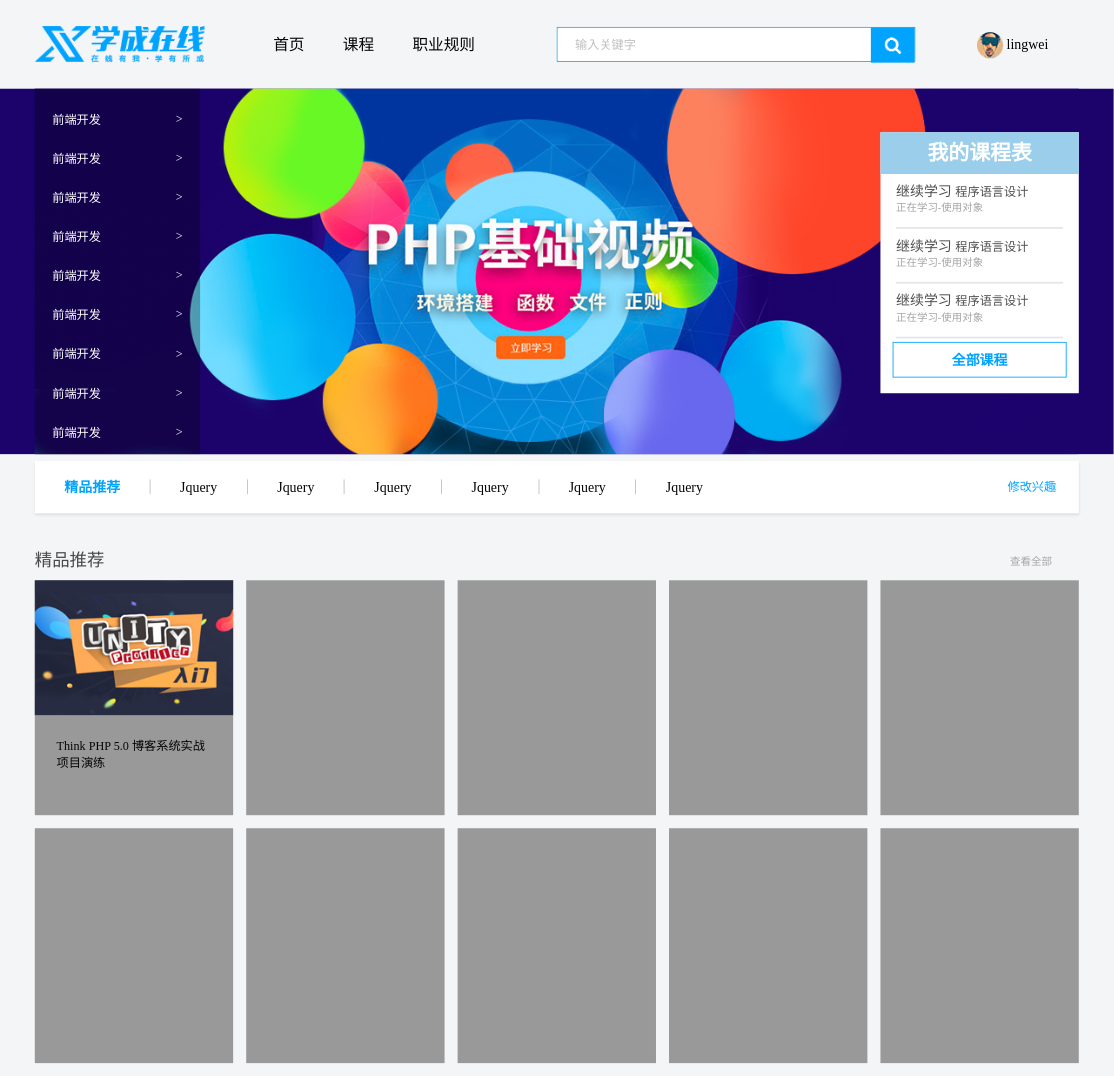
Repository: DengBiHua/xcdx
Page: index.html
These files come from the project's save history. The page is drawn as it stood at one moment and after the next save; the edit follows.
The browser window is 1280 px wide. The pictures show the whole page, at 87% of full size.

Above is the page before, as saved 2022-04-15 10:33:29.

### index.html
<!DOCTYPE html>
<html lang="en">
<head>
    <meta charset="UTF-8">
    <meta http-equiv="X-UA-Compatible" content="IE=edge">
    <meta name="viewport" content="width=device-width, initial-scale=1.0">
    <title>学成在线</title>
    <link rel="stylesheet" href="css/index.css">
</head>
<body>
    <!-- 头部 -->
    <div class="header wrapper">
        <h1>
            <a href="#">
                <img src="images/logo.png" alt="">
            </a>
        </h1>
        <!-- 导航 -->
        <div class="nav">
            <ul>
                <li><a href="#">首页</a></li>
                <li><a href="#">课程</a></li>
                <li><a href="#">职业规则</a></li>
            </ul>
        </div>
        <!-- 搜索 -->
        <div class="search">
            <input type="text" placeholder="输入关键字">
            <button></button>
        </div>
        <!-- 用户 -->
        <div class="user">
            <img src="./images/user.png" alt="">
            <span>lingwei</span>
        </div>
    </div>
    <div class="banner">
        <div class="wrapper">
            <div class="left">
                <ul>
                    <li><a href="#">前端开发<span>></span></a></li>
                    <li><a href="#">前端开发<span>></span></a></li>
                    <li><a href="#">前端开发<span>></span></a></li>
                    <li><a href="#">前端开发<span>></span></a></li>
                    <li><a href="#">前端开发<span>></span></a></li>
                    <li><a href="#">前端开发<span>></span></a></li>
                    <li><a href="#">前端开发<span>></span></a></li>
                    <li><a href="#">前端开发<span>></span></a></li>
                    <li><a href="#">前端开发<span>></span></a></li>
                </ul>
            </div>
            <div class="right">
                <h2>我的课程表</h2>
                <div class="content">
                    <dl>
                        <dt>
                            <span class="titleLeft">继续学习</span>
                            <span class="titleRight">程序语言设计</span>
                        </dt>
                        <dd>正在学习-使用对象</dd>
                    </dl>
                    <dl>
                        <dt>
                            <span class="titleLeft">继续学习</span>
                            <span class="titleRight">程序语言设计</span>
                        </dt>
                        <dd>正在学习-使用对象</dd>
                    </dl>
                    <dl>
                        <dt>
                            <span class="titleLeft">继续学习</span>
                            <span class="titleRight">程序语言设计</span>
                        </dt>
                        <dd>正在学习-使用对象</dd>
                    </dl>
                </div>
                <a href="#" class="all">全部课程</a>
            </div>
        </div>
    </div>
    <!-- 精品推荐 -->
    <div class="recommend wrapper">
        <h2>精品推荐</h2>
        <ul>
            <li><a href="#">Jquery</a></li>
            <li><a href="#">Jquery</a></li>
            <li><a href="#">Jquery</a></li>
            <li><a href="#">Jquery</a></li>
            <li><a href="#">Jquery</a></li>
            <li><a href="#">Jquery</a></li>
        </ul>
        <a href="#" class="interest">修改兴趣</a>
    </div>
    <div class="recommendDetail wrapper">
        <div class="title">
            <h2>精品推荐</h2>
            <a href="#">查看全部</a>
        </div>
        <div class="content">
            <ul>
                <li>
                    <a href="#">
                        <img src="./images/course07.png" alt="">
                        <h3>Think PHP 5.0 博客系统实战项目演练</h3>
                        <p><span>高级</span>  •  1125人在学习</p>
                    </a>
                </li>
                <li><a href="#"></a></li>
                <li><a href="#"></a></li>
                <li><a href="#"></a></li>
                <li><a href="#"></a></li>
                <li><a href="#"></a></li>
                <li><a href="#"></a></li>
                <li><a href="#"></a></li>
                <li><a href="#"></a></li>
                <li><a href="#"></a></li>
            </ul>
        </div>
    </div>
</body>
</html>

### css/index.css
/* css代码顺序
1、浮动/display
2、盒子模型
3、文字样式
 */

/* 通用模版 */
* {
    margin: 0;
    padding: 0;
    /* 内减模式 */
    box-sizing: border-box;
}
li {
    /* 清除列表前方小圆点 */
    list-style-type: none;
}
a {
    /* 去除超链接文字的下划线 */
    text-decoration: none;
}
.clearfix::before,.clearfix::after {
    content: "";
    display: table;
}
.clearfix::after {
    clear: both;
}

/* 版心 */
.wrapper {
    width: 1200px;
    margin: 0 auto;
}

body {
    background-color: #f3f5f7;
}

/* 头部 */
.header {
    height: 42px;
    margin: 30px auto;
}

h1 {
    float: left;
}

/* 导航 */
.nav {
    float: left;

    height: 42px;
    margin-left: 70px;
}

.nav li {
    float: left;

    margin-right: 26px;
}

.nav li a {
    display: block;

    padding: 0 9px;
    height: 42px;
    line-height: 42px;

    font-size: 18px;
    color: #050505;
}

.nav li a:hover {
    border-bottom: 2px solid #00a4ff;
}

.search {
    float: left;
    margin-left: 59px;
    margin-top: 1px;
    width: 412px;
    height: 40px;
    border: 1px solid #00a4ff;
}

.search input {
    float: left;
    padding-left: 20px;
    width: 360px;
    height: 38px;
    border: 0;
}

.search input::placeholder {
    font-size: 14px;
    color: #bfbfbf;
}

.search button {
    float: left;
    width: 50px;
    height: 40px;
    background-image: url(../images/btn.png);
    border: 0;
}

.user {
    float: right;
    margin-right: 35px;
    height: 42px;
    line-height: 42px;
}

.user img {
    /* 调节图片垂直方向对齐方式 */
    vertical-align: middle;
}

.banner {
    height: 420px;
    background-color: #1c036c;
}

.banner .wrapper {
    height: 420px;
    background-image: url(../images/banner2.png);
}

.banner .left {
    float: left;
    padding: 0 20px;
    width: 190px;
    height: 420px;
    background-color: rgba(0, 0, 0, 0.3);
    line-height: 44px;
}

.banner ul {
    margin-top: 13px;
}

.banner a {
    font-size: 14px;
    color: #ffffff;
}

.banner a:hover {
    color: #00b4ff;
}

.banner .left span {
    float: right;
}

.banner .right {
    float: right;
    margin-top: 50px;
    width: 228px;
    height: 300px;
    background-color: #ffffff;
}

.banner .right h2 {
    height: 48px;
    background-color: #9bceea;
    font: 18px;
    color: #ffffff;
    text-align: center;
    line-height: 48px;
}

.banner .content {
    padding: 0 18px;
}

.banner .right dl {
    padding: 12px 0;
    border-bottom: 2px solid #e5e5e5;
}

.banner .right .content dt {
    color: #4e4e4e;
    line-height: 16px;
}

.banner .right .titleLeft {
    font-size: 16px;
}

.banner .right .titleRight {
    font-size: 14px;
}

.banner .right .content dd {
    color: #a5a5a5;
    font-size: 12px;
    line-height: 20px;
}

.banner .right .all {
    display: block;
    margin: 4px auto 0;
    width: 200px;
    height: 41px;
    border: 1px solid #00a4ff;
    font-weight: 700;
    font-size: 16px;
    color: #00a4ff;
    text-align: center;
    line-height: 41px;
}

.recommend {
    margin-top: 8px;
    height: 60px;
    background-color: #ffffff;
    box-shadow: 0px 2px 3px 0px rgba(118, 118, 118, 0.2);
    line-height: 60px;
}

.recommend h2 {
    float: left;
    width: 132px;
    text-align: center;
    font-size: 16px;
    font-weight: bold;
    color: #00a4ff;
}

.recommend ul {
    float: left;
}

.recommend ul li {
    float: left;
}

.recommend ul li a {
    padding: 0 34px;
    border-left: 1px solid #bfbfbf;
    font-size: 16px;
    color: #050505;
}

.recommend .interest {
    float: right;
    padding: 0 26px;
    font-size: 14px;
    color: #00a4ff;
}

.recommendDetail {
    margin-top: 37px;
}

.recommendDetail .title {
    height: 40px;
}

.recommendDetail .title h2 {
    float: left;
    font-size: 20px;
    color: #494949;
    font-weight: 400;
}

.recommendDetail .title a {
    float: right;
    padding: 8px 31px 0;
    font-size: 12px;
    color: #a5a5a5;
}

.recommendDetail .content {
    background-color: pink;
}

.recommendDetail .content li {
    float: left;
    margin-right: 15px;
    margin-bottom: 15px;
}

.recommendDetail .content li:nth-child(5n) {
    margin-right: 0px;
}

.recommendDetail .content a {
    display: block;
    width: 228px;
    height: 270px;
    background-color: #999999;
}

.recommendDetail .content h3 {
    margin: 20px 25px 0;
    font-size: 14px;
    font-weight: 400;
    color: #050505;
}

.recommendDetail .content p {
    margin-left: 23px;
    margin-top: 20px;
    font-size: 12px;
    color: #999999;
}

.recommendDetail .content p span {
    color: #999999;
}

After the next save:
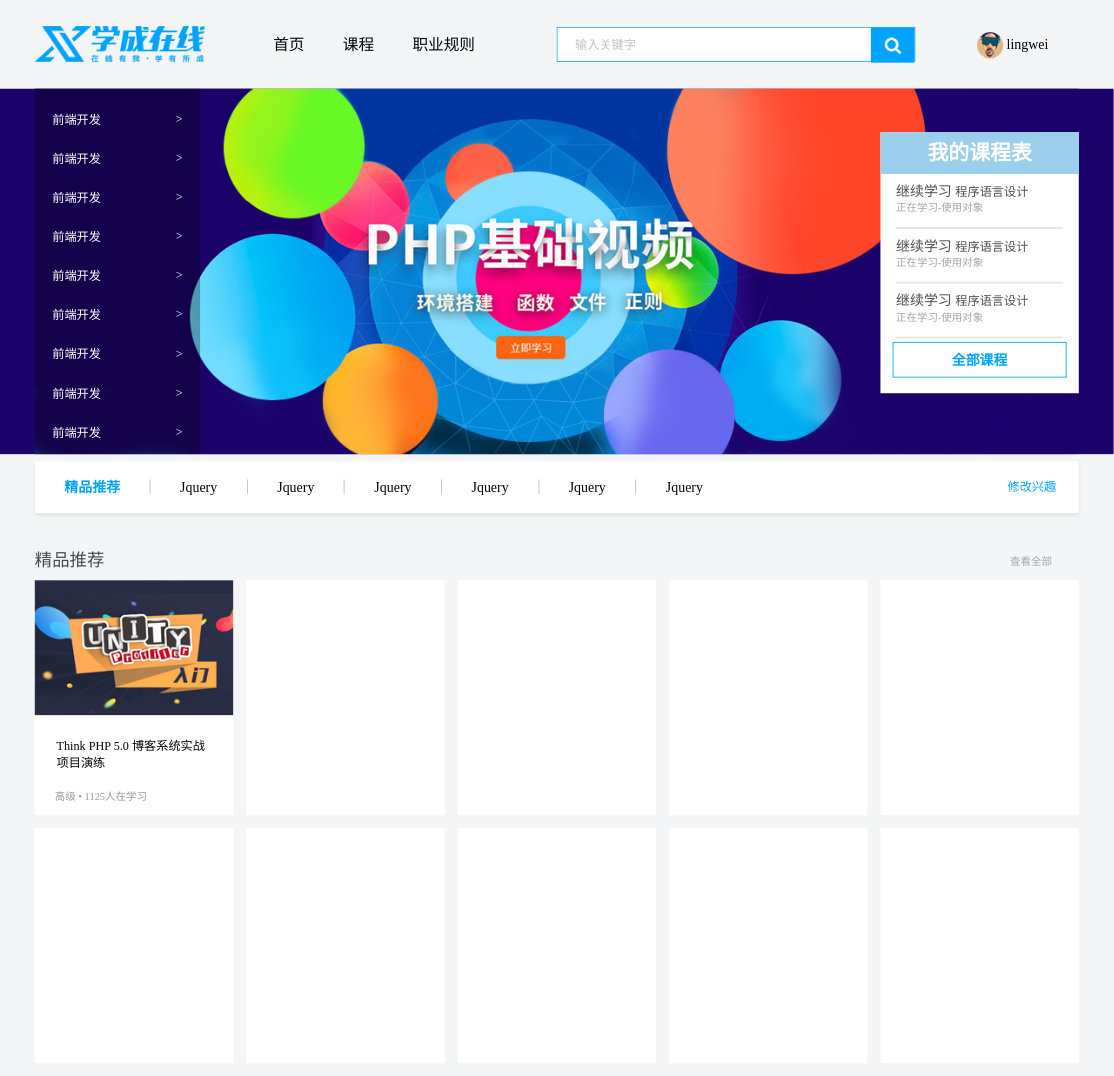
Saved 21 s later.
--- a/css/index.css
+++ b/css/index.css
@@ -291,7 +291,7 @@
     display: block;
     width: 228px;
     height: 270px;
-    background-color: #999999;
+    background-color: #ffffff;
 }
 
 .recommendDetail .content h3 {
